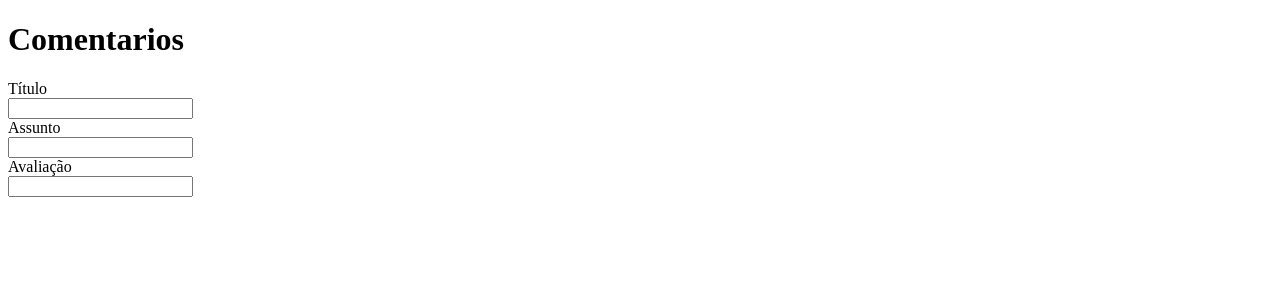
Repository: eheinen/ejb_final_project
Page: http://localhost/Comentarios_WS_Cliente/comentarios.jsp
These files come from the project's save history. The page is drawn as it stood at one moment and after the next save; the edit follows.
The browser window is 1280 px wide. The pictures show the whole page.
The page is served by Tomcat 9.

Above is the page before, as saved 2016-09-01 00:32:40.

After the next save:
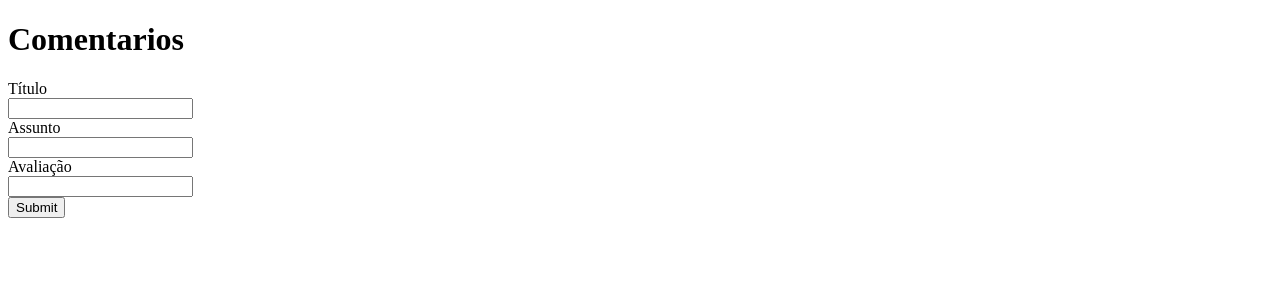
Saved 63 s later.
--- a/Comentarios_WS_Cliente/WebContent/comentarios.jsp
+++ b/Comentarios_WS_Cliente/WebContent/comentarios.jsp
@@ -14,7 +14,8 @@
 <label for="assunto" >Assunto</label><br/>
 <input type="text"  name="assunto" /><br/>
 <label for="avaliacao" >Avaliação</label><br/>
-<input type="text"  name="avaliacao" />
+<input type="text"  name="avaliacao" /><br/>
+<input type="submit"/>
 </form>
 </body>
 </html>
